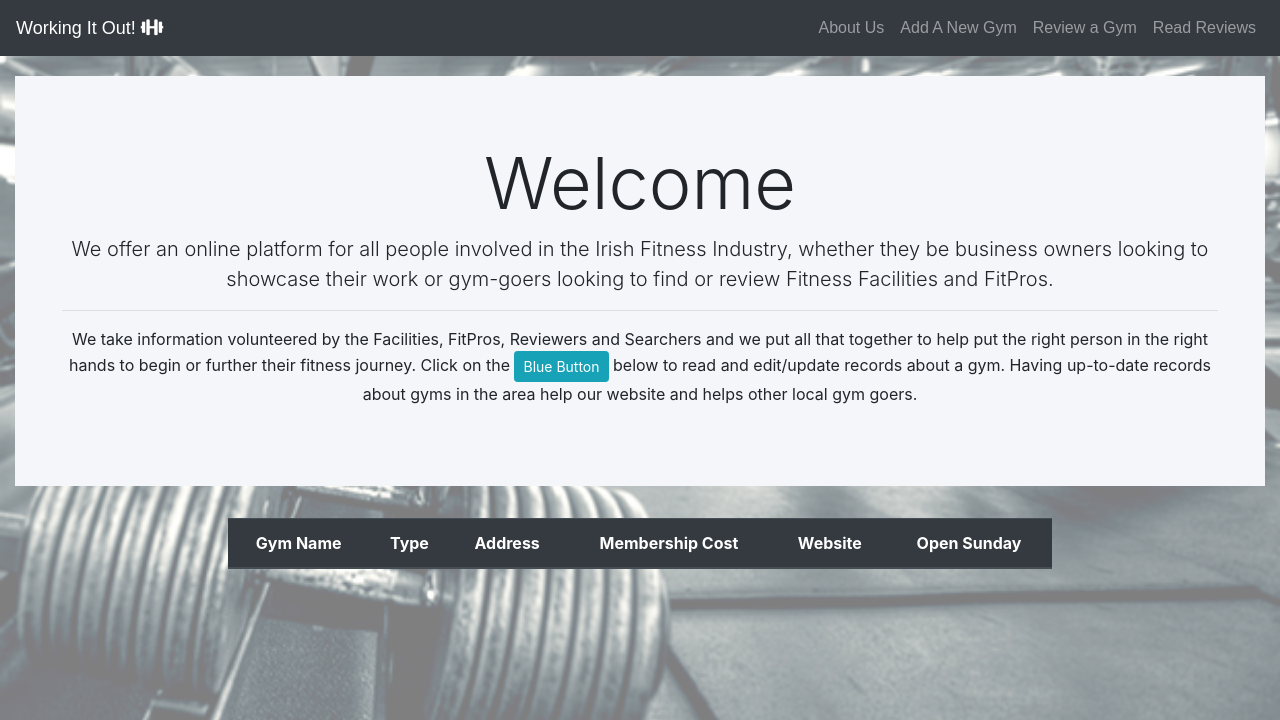
Repository: cgaynor91/Working_It_Out
Page: http://localhost/
The author's editor kept a record of every edit. The page is drawn from the files as they stood at one moment, then again after the next edit.
The browser window is 1280 px wide. The pictures show the whole page.
Some web libraries are served in a nearby version. The page is served by the project's application, run on Flask 3 (app.py). Queries for data that is not in the repository find no rows.

Above is the page before.

After the next edit:
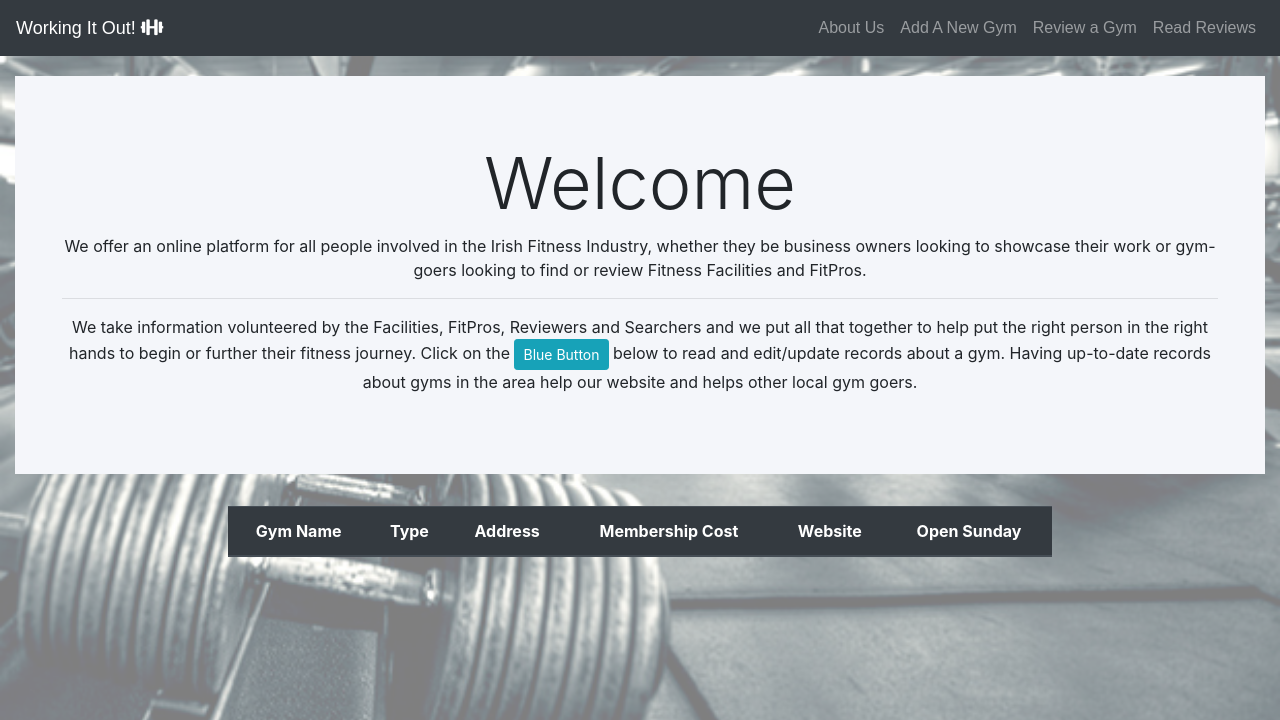
The edit:
--- a/templates/home.html
+++ b/templates/home.html
@@ -5,7 +5,7 @@
   <div class="col-12 jumbo-text">
    <div class="jumbotron">
     <h1 class="display-3">Welcome</h1>
-    <p class="lead">We offer an online platform for all people involved in the Irish Fitness Industry, whether they be business owners looking to showcase their work or gym-goers looking to find or review Fitness Facilities and FitPros.</p>
+    <p></b>We offer an online platform for all people involved in the Irish Fitness Industry, whether they be business owners looking to showcase their work or gym-goers looking to find or review Fitness Facilities and FitPros.</p>
     <hr>
     <p>We take information volunteered by the Facilities, FitPros, Reviewers and Searchers and we put all that together to help put the right person in the right hands to begin or further their fitness journey. Click on the <button type="button" class="btn btn-info btn-sm">Blue Button</button>     below to read and edit/update records about a gym. Having up-to-date records about gyms in the area help our website and helps other local gym goers.</p>
    </div>
